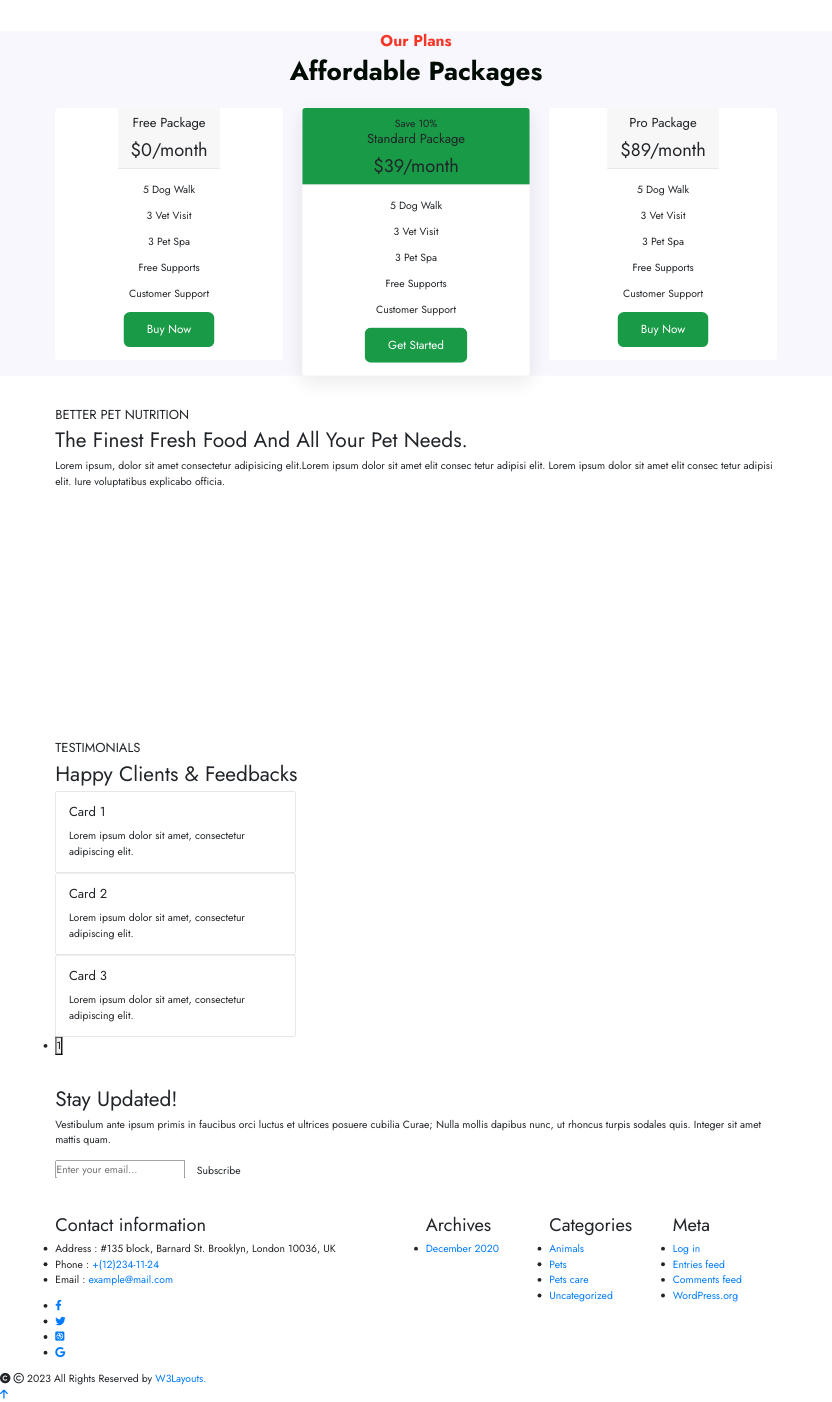
Repository: thanhfrankie/poochcare
Page: index.html
These files come from the project's save history. The page is drawn as it stood at one moment and after the next save; the edit follows.
The browser window is 1280 px wide. The pictures show the whole page, at 65% of full size.
Pictures or frames that could not be fetched are drawn as grey boxes.

Above is the page before, as saved 2023-12-20 22:04:57.

### index.html
<!DOCTYPE html>
<html lang="en">
  <head>
    <title>Pooch Care</title>
    <!-- Required meta tags -->
    <meta charset="utf-8" />
    <meta
      name="viewport"
      content="width=device-width, initial-scale=1, shrink-to-fit=no"
    />
    <!-- FONT AWESOME -->
    <link
      rel="stylesheet"
      href="https://cdnjs.cloudflare.com/ajax/libs/font-awesome/6.4.2/css/all.min.css"
      integrity="sha512-z3gLpd7yknf1YoNbCzqRKc4qyor8gaKU1qmn+CShxbuBusANI9QpRohGBreCFkKxLhei6S9CQXFEbbKuqLg0DA=="
      crossorigin="anonymous"
      referrerpolicy="no-referrer"
    />
    <!-- Bootstrap CSS -->
    <link
      rel="stylesheet"
      href="https://stackpath.bootstrapcdn.com/bootstrap/4.3.1/css/bootstrap.min.css"
      integrity="sha384-ggOyR0iXCbMQv3Xipma34MD+dH/1fQ784/j6cY/iJTQUOhcWr7x9JvoRxT2MZw1T"
      crossorigin="anonymous"
    />
    <!-- Font Jost -->
    <link rel="preconnect" href="https://fonts.googleapis.com" />
    <link rel="preconnect" href="https://fonts.gstatic.com" crossorigin />
    <link
      href="https://fonts.googleapis.com/css2?family=Jost:wght@300;400;700&display=swap"
      rel="stylesheet"
    />
    <!-- Pricing CSS -->
    <link rel="stylesheet" href="./css/pricing.css" />
    <!-- pet food CSS (em đặt tên nutrition hay pet-nutrition hay pet__nutrition nó không cho đặt vậy ạ) -->
    <link rel="stylesheet" href="./css/petfood.css" />
    <!-- Testimonials CSS -->
    <link rel="stylesheet" href="./css/testimonials.css" />
    <!-- Subscribe CSS -->
    <link rel="stylesheet" href="./css/subscribe.css" />
    <!-- footer CSS -->
    <link rel="stylesheet" href="./css/footer.css" />
    <!-- Main CSS -->
    <link rel="stylesheet" href="./css/style.css" />
  </head>
  <body>
    <!-- Pricing -->
    <section class="pricing" id="pricing">
      <div class="container mt-5">
        <div class="title">
          <h4>Our Plans</h4>
          <h2>Affordable Packages</h2>
        </div>
        <div class="row mt-6">
          <!-- Pricing Card 1 -->
          <div class="col-lg-4">
            <div class="card">
              <div class="card-header">
                <h5 class="card-title">Free Package</h5>
                <h3 class="card-text">$0/month</h3>
              </div>
              <div class="card-body">
                <p class="card-text">5 Dog Walk</p>
                <p class="card-text">3 Vet Visit</p>
                <p class="card-text">3 Pet Spa</p>
                <p class="card-text">Free Supports</p>
                <p class="card-text">Customer Support</p>
                <a href="#" class="btn btn-buy">Buy Now</a>
              </div>
            </div>
          </div>

          <!-- Pricing Card 2 -->
          <div class="col-lg-4">
            <div class="card card2">
              <div class="card-header">
                <div class="card-save">Save 10%</div>
                <h5 class="card-title">Standard Package</h5>
                <h3 class="card-text">$39/month</h3>
              </div>
              <div class="card-body">
                <p class="card-text">5 Dog Walk</p>
                <p class="card-text">3 Vet Visit</p>
                <p class="card-text">3 Pet Spa</p>
                <p class="card-text">Free Supports</p>
                <p class="card-text">Customer Support</p>
                <a href="#" class="btn btn-buy">Get Started</a>
              </div>
            </div>
          </div>

          <!-- Pricing Card 3 -->
          <div class="col-lg-4">
            <div class="card">
              <div class="card-header">
                <h5 class="card-title">Pro Package</h5>
                <h3 class="card-text">$89/month</h3>
              </div>
              <div class="card-body">
                <p class="card-text">5 Dog Walk</p>
                <p class="card-text">3 Vet Visit</p>
                <p class="card-text">3 Pet Spa</p>
                <p class="card-text">Free Supports</p>
                <p class="card-text">Customer Support</p>
                <a href="#" class="btn btn-buy">Buy Now</a>
              </div>
            </div>
          </div>
        </div>
      </div>
    </section>
    <!-- PET NUTRITION -->
    <section class="nutrition">
      <div class="container mt-5">
        <h5>BETTER PET NUTRITION</h5>
        <h2>The Finest Fresh Food And All Your Pet Needs.</h2>
        <p>
          Lorem ipsum, dolor sit amet consectetur adipisicing elit.Lorem ipsum
          dolor sit amet elit consec tetur adipisi elit. Lorem ipsum dolor sit
          amet elit consec tetur adipisi elit. Iure voluptatibus explicabo
          officia.
        </p>
        <iframe
          width="560"
          height="315"
          src="https://www.youtube.com/embed/JXUTJNv4j6A?si=1nzgvqwKbkVzJ4BS"
          title="YouTube video player"
          frameborder="0"
          allow="accelerometer; autoplay; clipboard-write; encrypted-media; gyroscope; picture-in-picture; web-share"
          allowfullscreen
        ></iframe>
      </div>
    </section>
    <!-- TESTIMONIALS -->
    <section class="testimonial">
      <div class="container mt-5">
        <h5>TESTIMONIALS</h5>
        <h2>Happy Clients & Feedbacks</h2>
        <div class="slick-carousel">
          <!-- Slick Carousel Item 1 -->
          <div class="card">
            <div class="card-body">
              <h5 class="card-title">Card 1</h5>
              <p class="card-text">
                Lorem ipsum dolor sit amet, consectetur adipiscing elit.
              </p>
            </div>
          </div>

          <!-- Slick Carousel Item 2 -->
          <div class="card">
            <div class="card-body">
              <h5 class="card-title">Card 2</h5>
              <p class="card-text">
                Lorem ipsum dolor sit amet, consectetur adipiscing elit.
              </p>
            </div>
          </div>

          <!-- Slick Carousel Item 3 -->
          <div class="card">
            <div class="card-body">
              <h5 class="card-title">Card 3</h5>
              <p class="card-text">
                Lorem ipsum dolor sit amet, consectetur adipiscing elit.
              </p>
            </div>
          </div>
        </div>
      </div>
    </section>
    <!-- Subscribe -->
    <section class="subscribe">
      <div class="container mt-5">
        <h2>Stay Updated!</h2>
        <p>
          Vestibulum ante ipsum primis in faucibus orci luctus et ultrices
          posuere cubilia Curae; Nulla mollis dapibus nunc, ut rhoncus turpis
          sodales quis. Integer sit amet mattis quam.
        </p>
        <input
          type="email"
          name=""
          id="subscribe"
          placeholder="Enter your email..."
        />
        <button class="btn">Subscribe</button>
      </div>
    </section>
    <footer>
      <div class="container mt-5">
        <div class="row">
          <div class="col-lg-6">
            <h3>Contact information</h3>
            <ul class="footer__contact">
              <li>
                Address : #135 block, Barnard St. Brooklyn, London 10036, UK
              </li>
              <li>
                Phone :
                <span>
                  <a href="#">+(12)234-11-24</a>
                </span>
              </li>
              <li>
                Email :
                <span>
                  <a href="#">example@mail.com</a>
                </span>
              </li>
            </ul>
            <ul class="footer__social">
              <li>
                <a href="https://www.facebook.com/w3layouts/">
                  <i class="fa-brands fa-facebook-f"></i
                ></a>
              </li>
              <li>
                <a href="https://twitter.com/W3layouts"
                  ><i class="fa-brands fa-twitter"></i
                ></a>
              </li>
              <li>
                <a href="https://dribbble.com/w3layouts"
                  ><i class="fa-brands fa-square-dribbble"></i
                ></a>
              </li>
              <li>
                <a href="https://myaccount.google.com/intro/profile"
                  ><i class="fa-brands fa-google"></i
                ></a>
              </li>
            </ul>
          </div>
          <div class="col-lg-6">
            <div class="row">
              <div class="col-sm-4">
                <h3>Archives</h3>
                <ul>
                  <li>
                    <a href="#"> December 2020 </a>
                  </li>
                </ul>
              </div>
              <div class="col-sm-4">
                <h3>Categories</h3>
                <ul>
                  <li>
                    <a href="#"> Animals </a>
                  </li>
                  <li>
                    <a href="#"> Pets </a>
                  </li>
                  <li>
                    <a href="#"> Pets care </a>
                  </li>
                  <li>
                    <a href="#"> Uncategorized </a>
                  </li>
                </ul>
              </div>
              <div class="col-sm-4">
                <h3>Meta</h3>
                <ul>
                  <li>
                    <a href="#"> Log in </a>
                  </li>
                  <li>
                    <a href="#"> Entries feed </a>
                  </li>
                  <li>
                    <a href="#"> Comments feed </a>
                  </li>
                  <li>
                    <a href="#"> WordPress.org </a>
                  </li>
                </ul>
              </div>
            </div>
          </div>
        </div>
      </div>
      <div class="copyright">
        <i class="fa fa-copyright" aria-hidden="true"></i>
        <i class="fa-regular fa-copyright"></i>
        <span
          >2023 All Rights Reserved by
          <a href="https://w3layouts.com/">W3Layouts.</a></span
        >
      </div>
    </footer>
    <a href="#" class="backToTop cd-top text-replace js-cd-top">
      <i class="fa fa-arrow-up"></i>
    </a>
    <!-- Optional JavaScript -->
    <!-- jQuery first, then Popper.js, then Bootstrap JS -->
    <script
      src="https://code.jquery.com/jquery-3.3.1.slim.min.js"
      integrity="sha384-q8i/X+965DzO0rT7abK41JStQIAqVgRVzpbzo5smXKp4YfRvH+8abtTE1Pi6jizo"
      crossorigin="anonymous"
    ></script>
    <script
      src="https://cdnjs.cloudflare.com/ajax/libs/popper.js/1.14.7/umd/popper.min.js"
      integrity="sha384-UO2eT0CpHqdSJQ6hJty5KVphtPhzWj9WO1clHTMGa3JDZwrnQq4sF86dIHNDz0W1"
      crossorigin="anonymous"
    ></script>
    <script
      src="https://stackpath.bootstrapcdn.com/bootstrap/4.3.1/js/bootstrap.min.js"
      integrity="sha384-JjSmVgyd0p3pXB1rRibZUAYoIIy6OrQ6VrjIEaFf/nJGzIxFDsf4x0xIM+B07jRM"
      crossorigin="anonymous"
    ></script>
    <!-- slick carousel  -->
    <script
      src="https://cdnjs.cloudflare.com/ajax/libs/slick-carousel/1.8.1/slick.min.js"
      integrity="sha512-XtmMtDEcNz2j7ekrtHvOVR4iwwaD6o/FUJe6+Zq+HgcCsk3kj4uSQQR8weQ2QVj1o0Pk6PwYLohm206ZzNfubg=="
      crossorigin="anonymous"
      referrerpolicy="no-referrer"
    ></script>
    <script>
      // Initialize Slick Carousel
      $(".slick-carousel").slick({
        slidesToShow: 3,
        slidesToScroll: 1,
        dots: true,
        prevArrow: '<button type="button" class="slick-prev">&#9665;</button>',
        nextArrow: '<button type="button" class="slick-next">&#9655;</button>',
        responsive: [
          {
            breakpoint: 768,
            settings: {
              slidesToShow: 2,
            },
          },
          {
            breakpoint: 576,
            settings: {
              slidesToShow: 1,
            },
          },
        ],
      });
    </script>
  </body>
</html>

### css/pricing.css
.pricing {
  background-color: #f9f7fe;
}
.pricing .container {
  width: 100%;
}
.pricing .container .title {
  display: flex;
  justify-content: center;
  align-items: center;
  flex-direction: column;
  padding-bottom: 25px;
}
.pricing .container .title h4 {
  color: #f53626;
  font-weight: 550;
}
.pricing .title h2 {
  font-size: 40px;
  font-weight: 600;
  line-height: 48px;
  text-transform: capitalize;
  color: #000c04;
}
.pricing .container .row {
  /* border: 1px solid blue; */
}
.pricing .container .row .card {
  display: flex;
  justify-content: center;
  align-items: center;
  flex-direction: column;
  text-align: center;
  background-color: #ffffff;
  border-radius: 5px;
  border: none;
}
.pricing .container .row .card2 {
  box-shadow: 0 10px 30px 0 rgba(17, 17, 17, 0.09);
  z-index: 1;
}
.pricing .container .row .card2 .card-header {
  width: 100%;
  background-color: #189a46;
  border-top-right-radius: 5px;
  border-top-left-radius: 5px;
  line-height: 1.5;
}

.btn-buy {
    background-color: #189a46;
    padding: 12px 35px;
    font-size: 18px;
    line-height: 28px;
    text-transform: capitalize;
    font-weight: 400;
    color: white;
    border-radius: 10px;
}
.btn:hover {
    color: #fff;
    background-color: #116E32;
    border-color: #116E32;
}

### css/testimonials.css
TESTIMONIALS

### css/style.css
/* Global */
* {
  padding: 0;
  margin: 0;
  box-sizing: border-box;
}
html,
body {
  font-family: "Jost", sans-serif;
}

Loaded but not shown: css/footer.css (no copy from this time; the picture is the same without it); css/petfood.css (no copy from this time; the picture is the same without it); css/subscribe.css (no copy from this time; the picture is the same without it)

After the next save:
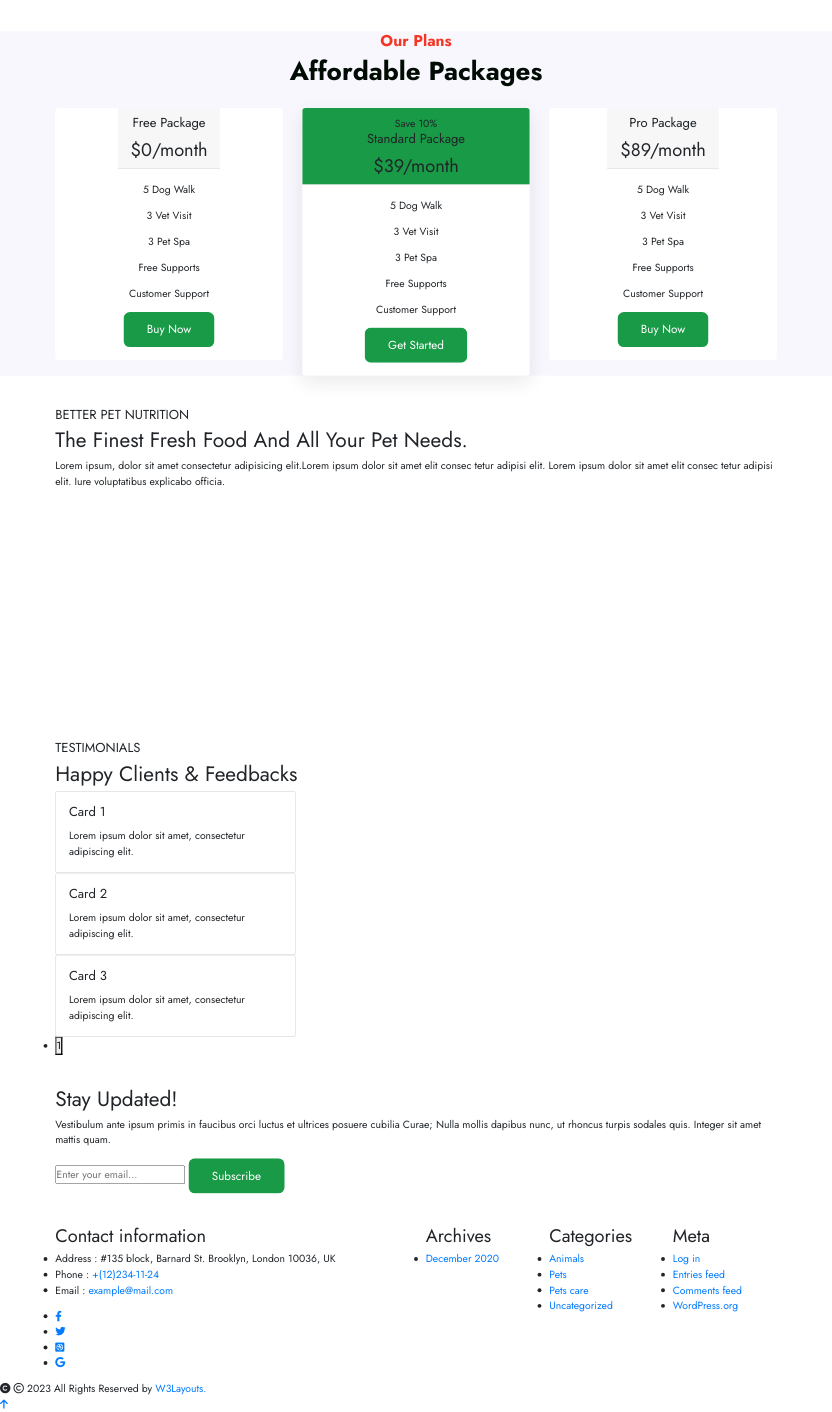
Saved 6 s later.
--- a/css/pricing.css
+++ b/css/pricing.css
@@ -47,7 +47,7 @@
   line-height: 1.5;
 }
 
-.btn-buy {
+.btn-buy,.btn {
     background-color: #189a46;
     padding: 12px 35px;
     font-size: 18px;
